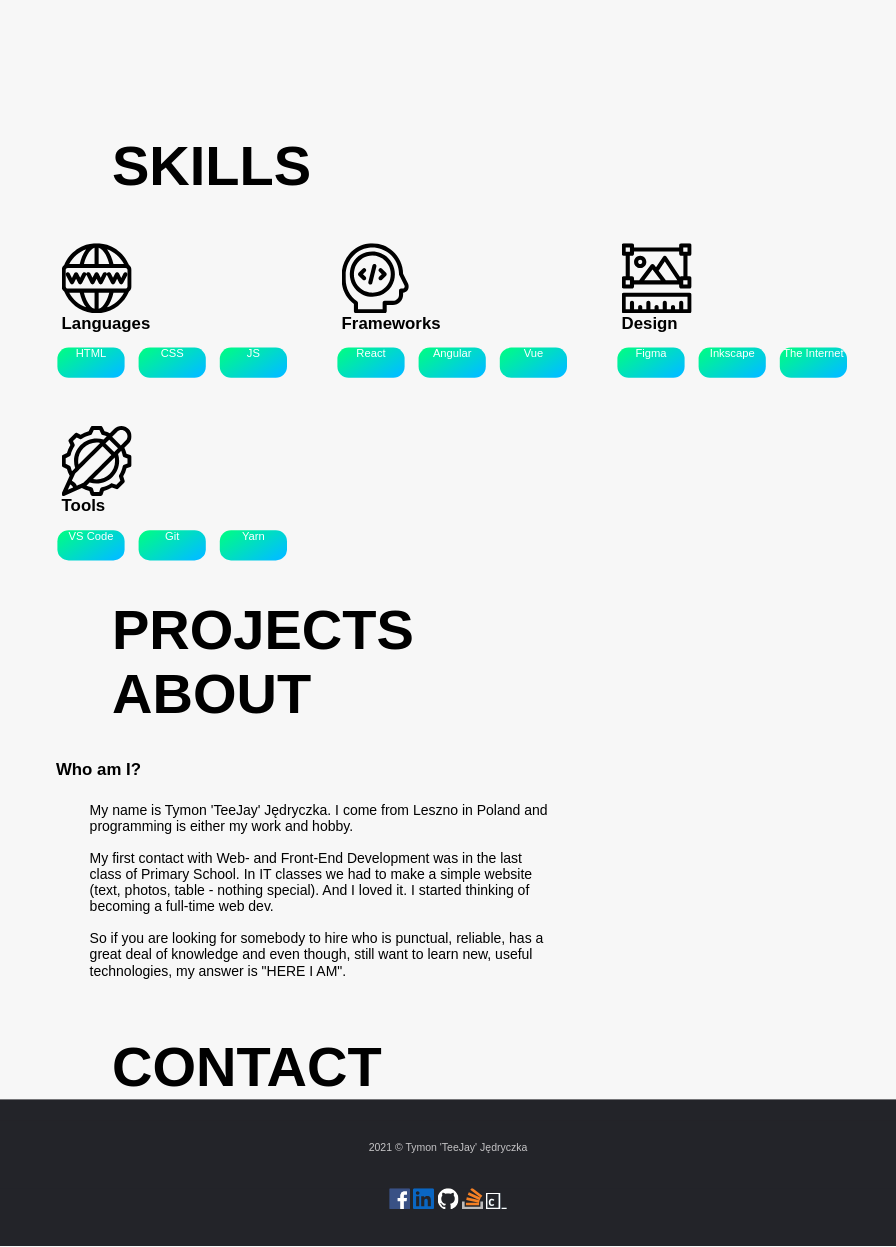
Repository: TeeJaysDev/Portfolio
Page: index.html
An editor plug-in stored every save of this project. The page is shown before and after the next save, followed by the edit.
The browser window is 1280 px wide. The pictures show the part of the page from y = 872 to 2792 px (the page is 2654 px tall before and 2792 px after), at 70% of full size.

Above is the page before, as saved 2021-04-24 20:45:41.

After the next save:
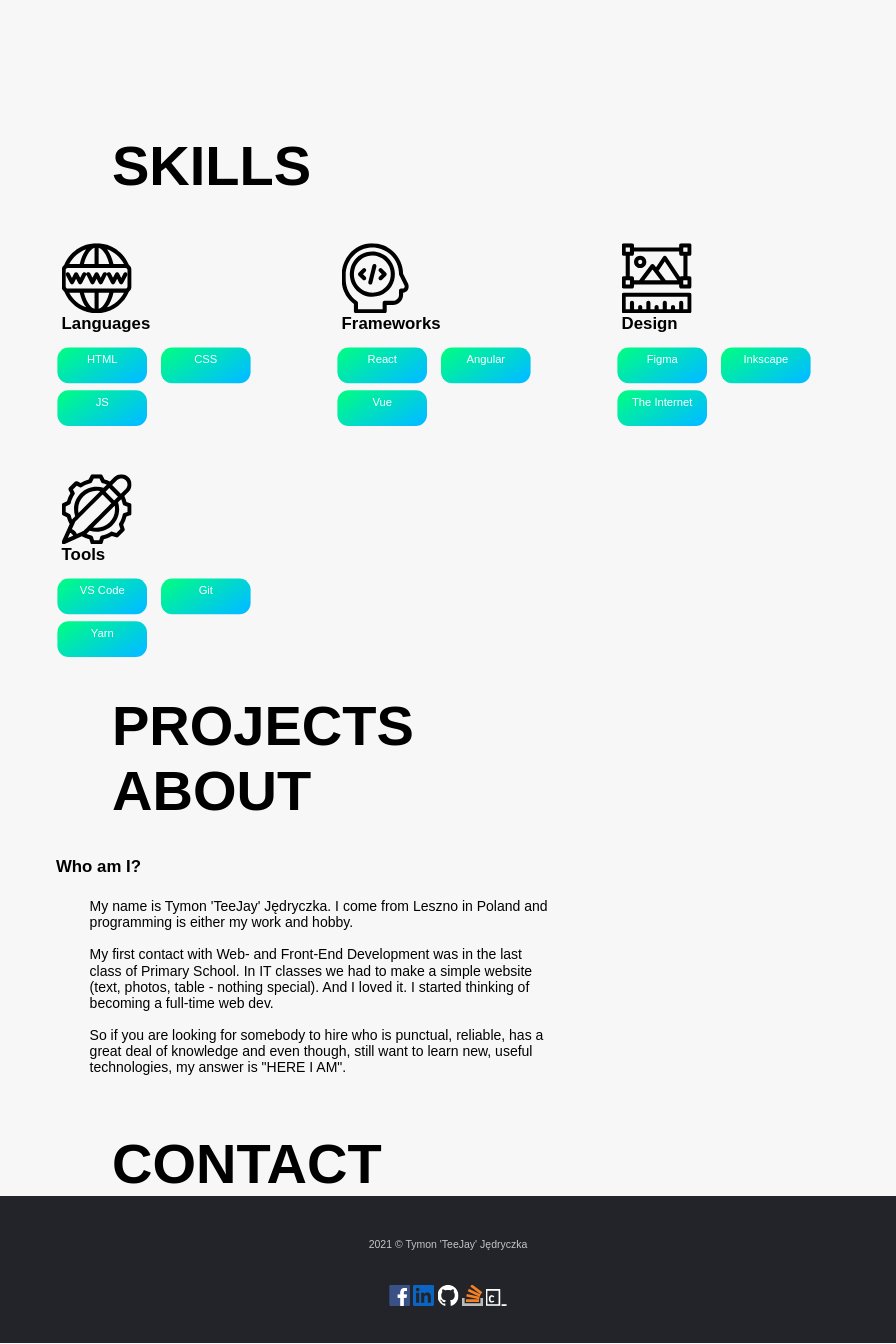
Saved 4 s later.
--- a/style.css
+++ b/style.css
@@ -75,7 +75,7 @@ h1 {
     list-style: none;
     margin: 1rem;
     color: #fff;
-    padding: 0.5rem1rem;
+    padding: 0.5rem 1rem;
     text-align: center;
     align-items: center;
     border-radius: 1rem;

After the save that followed:
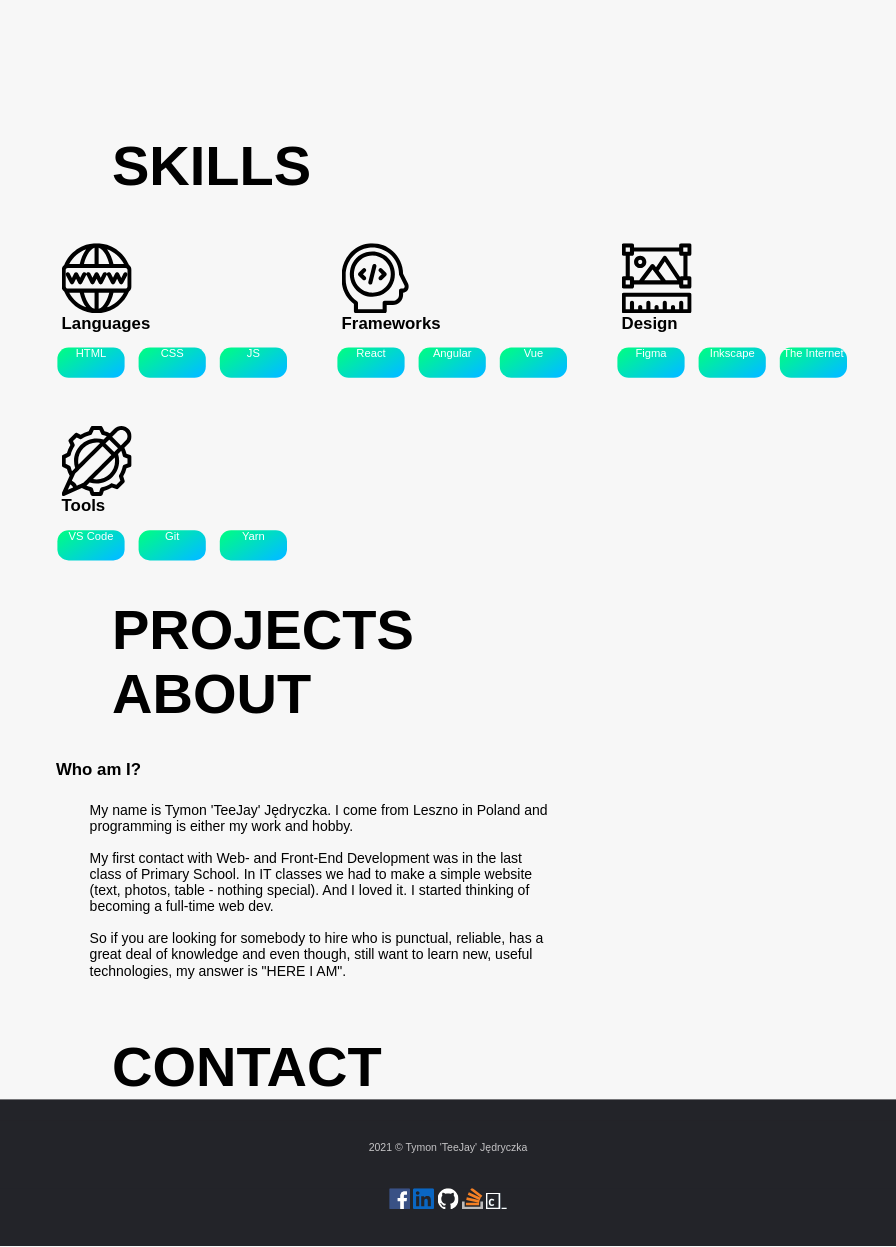
Saved 15 s later.
--- a/style.css
+++ b/style.css
@@ -75,7 +75,6 @@ h1 {
     list-style: none;
     margin: 1rem;
     color: #fff;
-    padding: 0.5rem 1rem;
     text-align: center;
     align-items: center;
     border-radius: 1rem;
